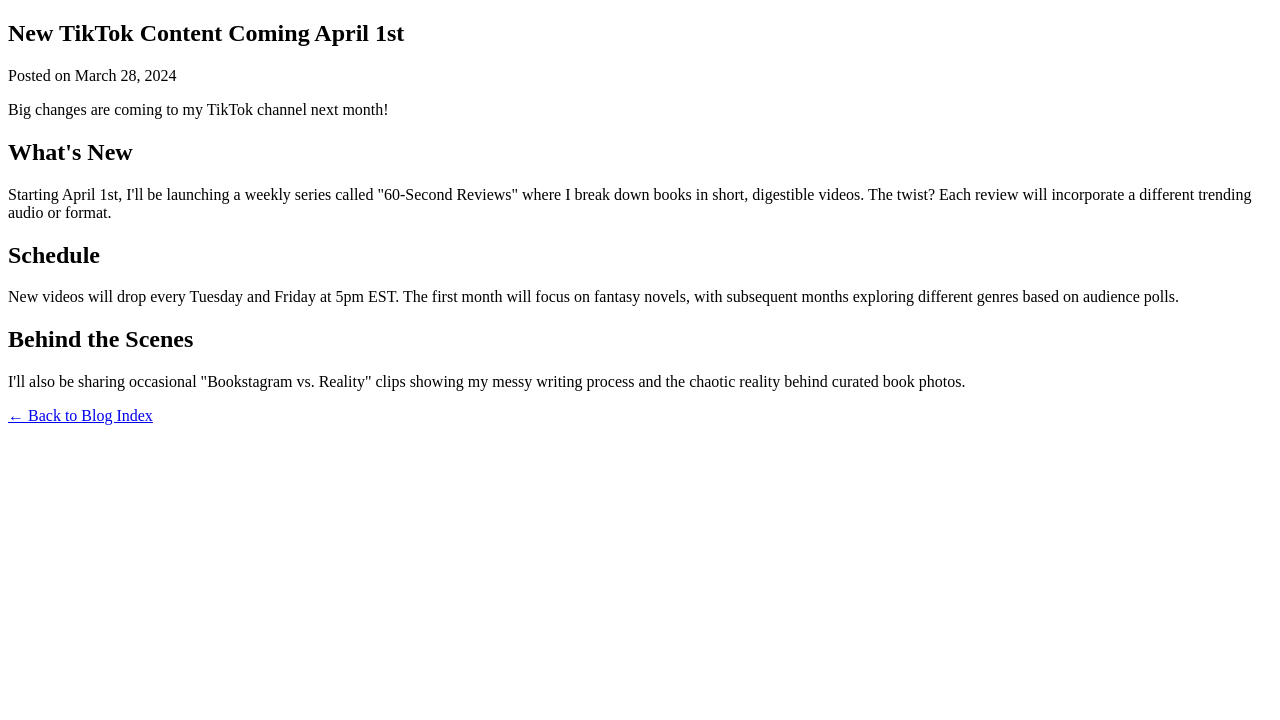
Repository: pjpatrick071/pjpatrick071.github.io
Page: posts/new-tiktok.html
These files come from the project's save history. The page is drawn as it stood at one moment and after the next save; the edit follows.
The browser window is 1280 px wide. The pictures show the whole page.
Some web fonts or font styles are not loaded; a fallback is used.

Above is the page before, as saved 2025-04-02 23:28:00.

After the next save:
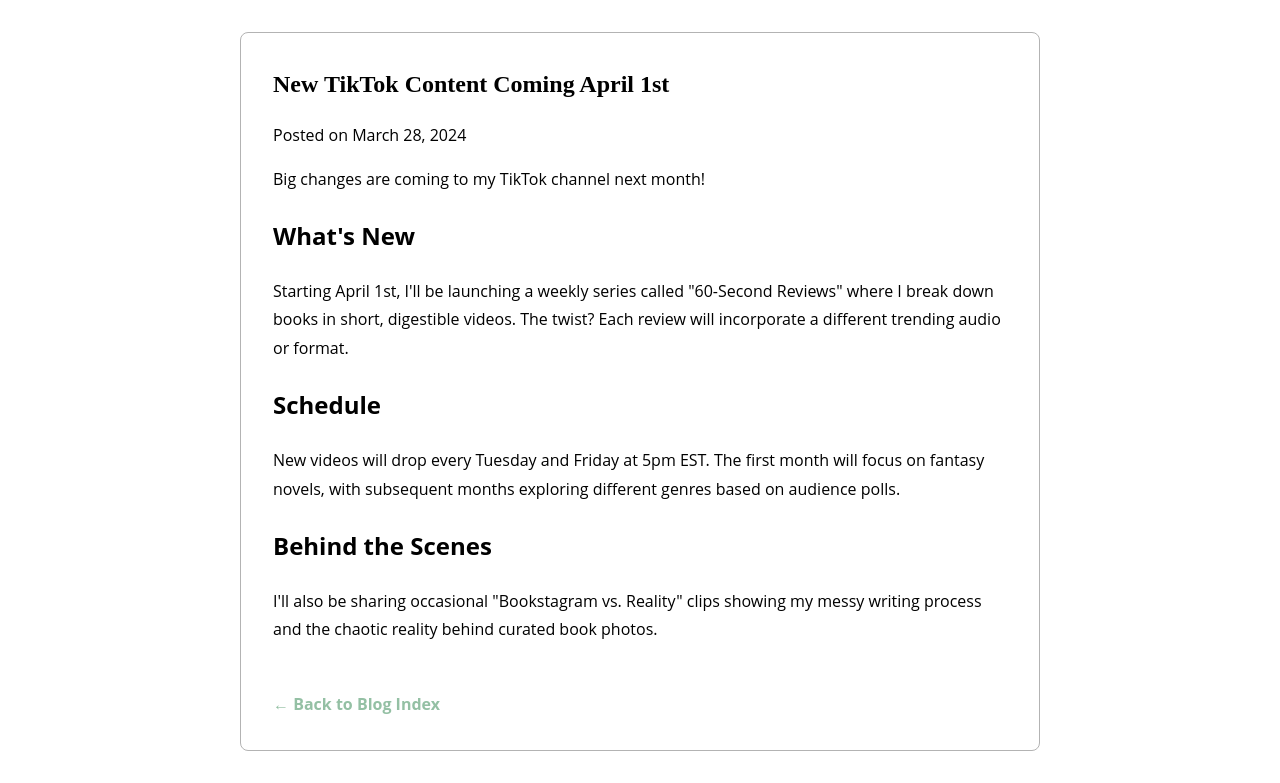
Saved 12 s later.
--- a/posts/new-tiktok.html
+++ b/posts/new-tiktok.html
@@ -1,6 +1,53 @@
 <!DOCTYPE html>
 <html lang="en">
-<title>LOTR Review | PJ's Postings</title>
+    <head>
+        <meta charset="UTF-8">
+        <meta name="viewport" content="width=device-width, initial-scale=1.0">
+        <title>Behind the Snail Trail | PJ's Postings</title>
+        <link href="https://fonts-api.wp.com/css?family=Playfair+Display:400,400i,700,700i|Open+Sans:400,400i,700,700i&subset=latin,latin-ext" rel="stylesheet">
+        <link href="https://cdnjs.cloudflare.com/ajax/libs/font-awesome/6.4.0/css/all.min.css" rel="stylesheet">
+        <style>
+            /* Copy all CSS from blog.html */
+            body {
+                font-family: 'Open Sans', sans-serif;
+                line-height: 1.6;
+                margin: 0;
+                padding: 0;
+                background-color: white;
+                color: black;
+            }
+            .container {
+                max-width: 800px;
+                margin: 2rem auto;
+                padding: 0 1rem;
+            }
+            .blog-post {
+                background-color: white;
+                border: 1px solid #b3b3b3;
+                border-radius: 8px;
+                padding: 2rem;
+            }
+            .post-title {
+                font-family: 'Playfair Display', serif;
+                margin-top: 0;
+            }
+            .post-content {
+                line-height: 1.8;
+            }
+            .post-content img {
+                max-width: 100%;
+                height: auto;
+                margin: 1rem 0;
+            }
+            .back-to-blog {
+                display: inline-block;
+                margin-top: 2rem;
+                color: #94c0a4;
+                font-weight: bold;
+                text-decoration: none;
+            }
+        </style>
+    </head>
     <title>New TikTok Content | PJ's Postings</title>
 </head>
 <body>
